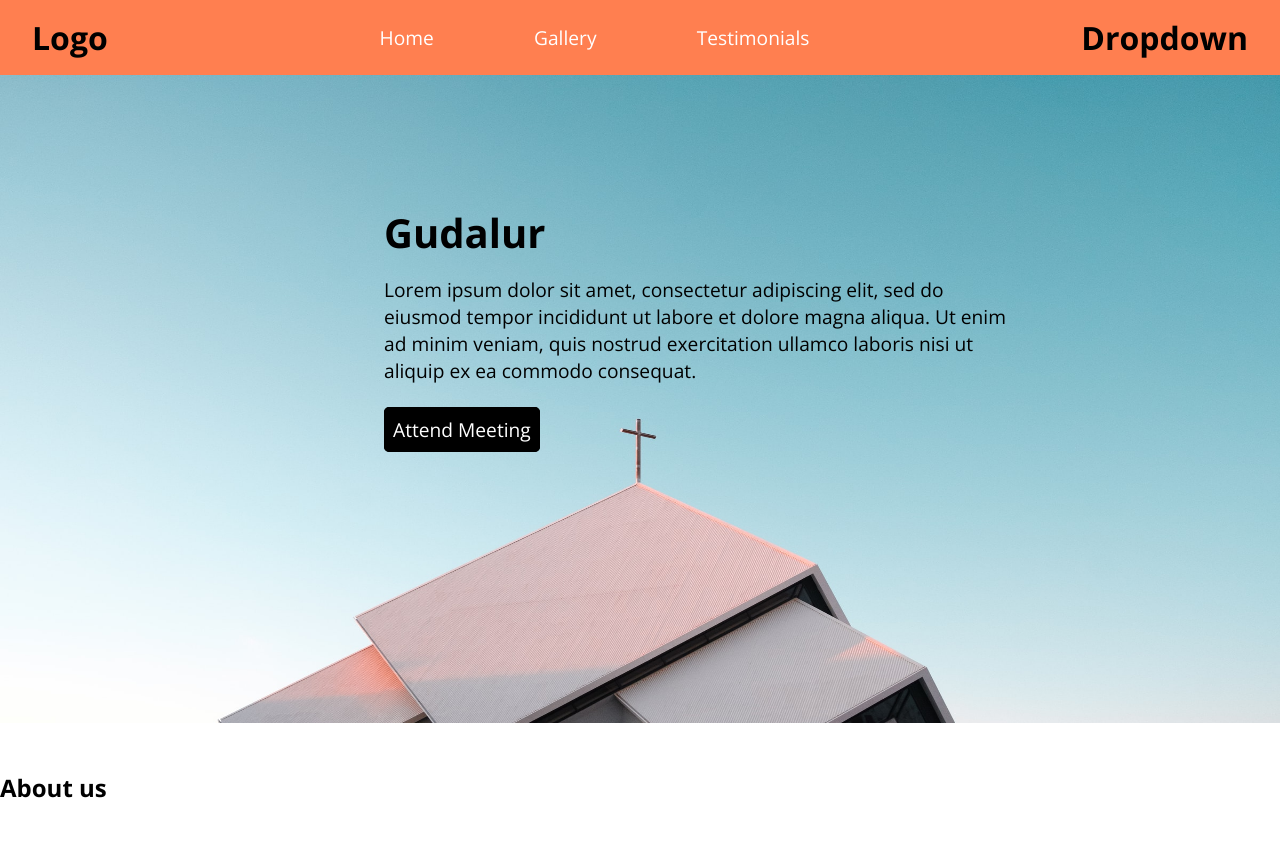
Repository: Imprasna/church
Page: index.html
The author's editor kept a copy of each file at every save. The page is drawn from the files as they stood at one save, then again after a run of saves.
The browser window is 1280 px wide. The pictures show the whole page.

Above is the page before, as saved 2022-01-18 23:13:21.

### index.html
<!DOCTYPE html>
<html lang="en">
<head>
    <meta charset="UTF-8">
    <meta http-equiv="X-UA-Compatible" content="IE=edge">
    <meta name="viewport" content="width=device-width, initial-scale=1.0">
    <link rel="stylesheet" href="style.css">
    <title>church 1</title>
</head>
<body>
    <header>
        <div class="logo">
            <h1>Logo</h1>
        </div>

        <nav>
            <a href="#">Home</a>
            <a href="#">Gallery</a>
            <a href="#">Testimonials</a>
        </nav>

        <div class="dropdown">
            <h1>Dropdown</h1>
        </div>
    </header>

    <main>
        <section>
            <div class="hero_sec">
                <img src="images/banner_c1.jpg" alt="">
                <div class="hero_texts">
                    <h1>Gudalur</h1>
                    <p>Lorem ipsum dolor sit amet, consectetur adipiscing elit, sed do eiusmod tempor incididunt ut labore et dolore magna aliqua. Ut enim ad minim veniam, quis nostrud exercitation ullamco laboris nisi ut aliquip ex ea commodo consequat.</p>
                    <a href="#" class="cta">Attend Meeting</a>
                </div>
            </div>
        </section>

        <section>
            <div class="about_sec">
                <h1>About us</h1>

                <div class="about_whole">
                    <div class="about_left"></div>
                    <div class="about_right"></div>
                </div>
            </div>
        </section>


    </main>

    <footer></footer>

    <script src="app.js"></script>
</body>
</html>

### style.css
@import url('https://fonts.googleapis.com/css2?family=Open+Sans:ital,wght@0,300;0,400;0,500;0,600;0,700;1,800&display=swap');

* {
    margin: 0;
    padding: 0;
    box-sizing: border-box;
}

:root {
    --primary-color: #fff;
    --secondary-color: #000;
}

html {
    scroll-behavior: smooth;
}

body {
    font-family: 'Open Sans', sans-serif;
}

header {
    width: 100%;
    padding: 1rem 2rem;
    background: coral;
    display: flex;
    justify-content: space-between;
    align-items: center;
}

nav > a {
    margin-right: 3rem;
    margin-left: 3rem;
    text-decoration: none;
    color: var(--primary-color);
    font-size: 1.2rem;
}

.hero_sec {
    height: 90vh;
    width: 100%;
    position: relative;
}

.hero_sec > img {
    width: 100%;
    height: 100%;
    object-fit: fill;
}

.hero_texts {
    position: absolute;
    top: 20%;
    left: 30%;
    width: 50%;
}

.hero_texts > h1 {
    font-size: 2.5rem;
    font-weight: 800;
    margin-bottom: 1rem;
}

.hero_texts > p {
    font-size: 1.2rem;
    margin-bottom: 2rem;
}

.cta {
    font-size: 1.2rem;
    padding: .5rem .5rem;
    text-decoration: none;
    border: 1px solid #000;
    border-radius: 5px;
    background: var(--secondary-color);
    color: var(--primary-color);
    transition: all .5s;
}

.cta:hover {
    background: transparent;
    border: 1px solid var(--secondary-color);
    color: var(--secondary-color);
}

.about_sec {
    height: 100%;
    width: 100%;
    padding: 3rem 0;
}

.about_whole {
    width: 90%;
    height: 100%;
    display: flex;
    margin: 0 auto;
    background: red;
}

.about_left, .about_right {
    width: 50%;
    height: 100%;
    background: purple;
}

Loaded but not shown: app.js (no copy from this time; the picture is the same without it)

After the next 3 saves:
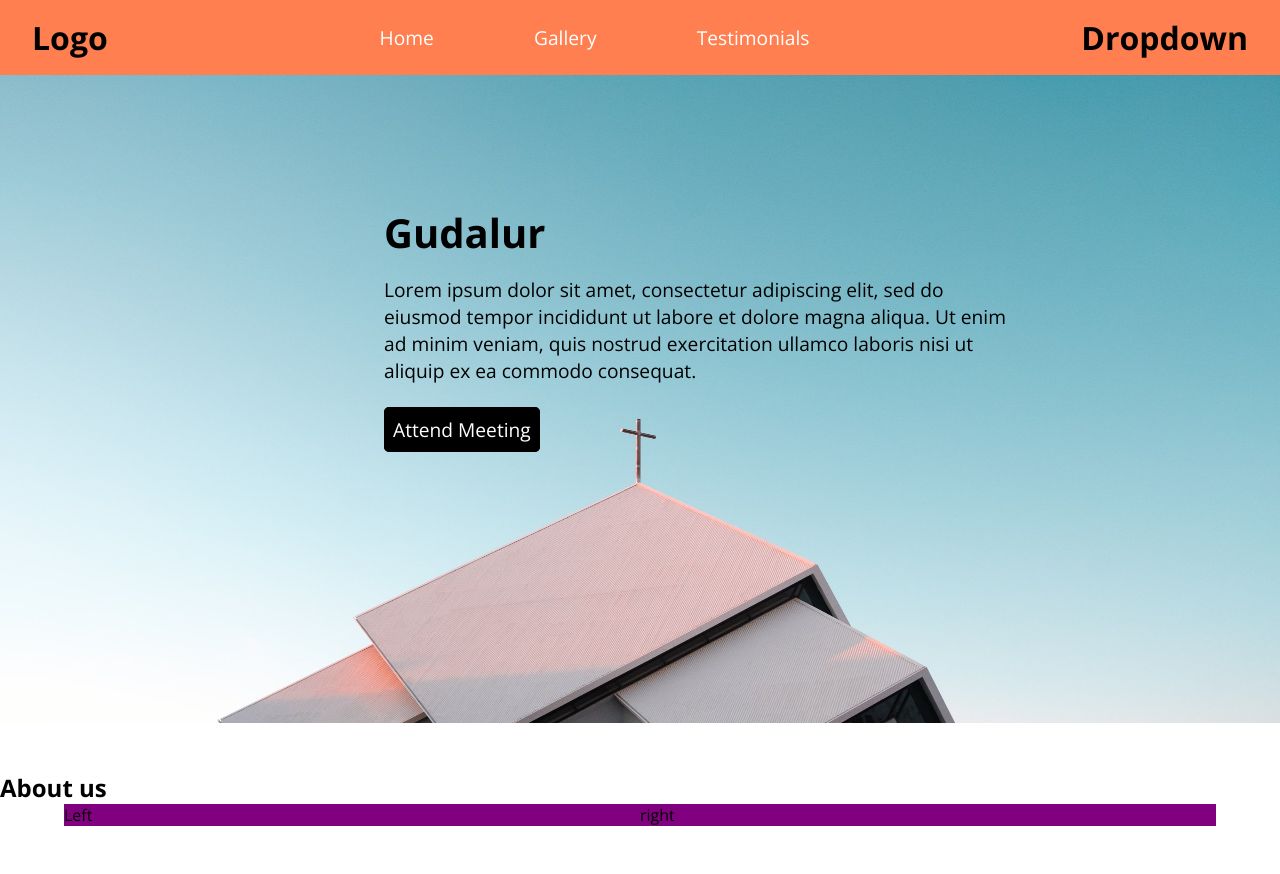
The 3 saves are shown as one change because they came seconds apart.
The last was saved 10 s later.
--- a/index.html
+++ b/index.html
@@ -41,8 +41,12 @@
                 <h1>About us</h1>
 
                 <div class="about_whole">
-                    <div class="about_left"></div>
-                    <div class="about_right"></div>
+                    <div class="about_left">
+                        Left
+                    </div>
+                    <div class="about_right">
+                        right
+                    </div>
                 </div>
             </div>
         </section>
